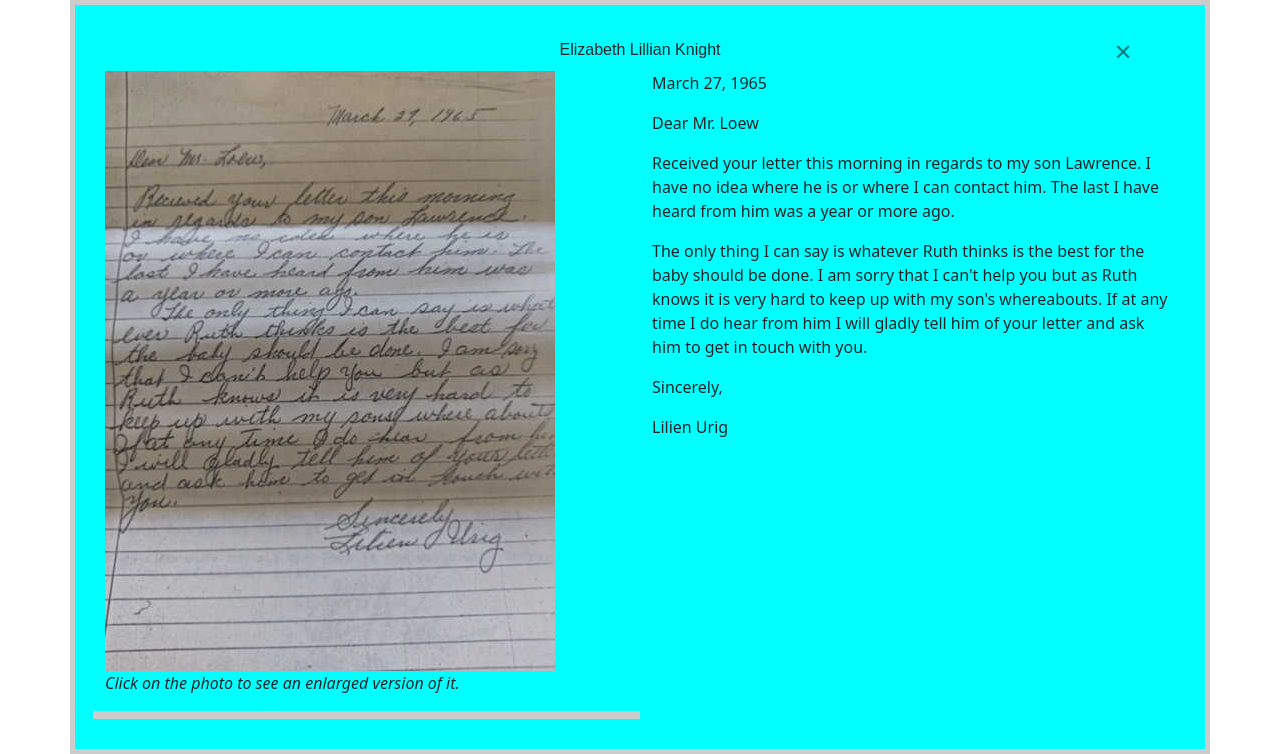
Repository: George2916/GreensladeFamilyTree
Page: photoDocsElizabethLillianKnight.html
The author's editor kept a record of every edit. The page is drawn from the files as they stood at one moment, then again after the next edit.
The browser window is 1280 px wide. The pictures show the whole page.

Above is the page before.

### photoDocsElizabethLillianKnight.html
<!doctype html>
<html lang="en">
<head>

    <meta charset="utf-8">
    <meta http-equiv="X-UA-Compatible" content="IE-edge">
    <meta name="viewport" content="width=device-width, initial-scale=1">
    <!--[if lt IE 9]
        <script src="https://oss.maxcdn.com/html5shiv/3.7.2/html5shiv.min.js"></script>
        <script src="https://oss.maxcdn.com/respond/1.4.2/respond.min.js"></script>
    <![endif]-->

    <link rel="stylesheet" type="text/css" href="css/bootstrap.css">
    <link rel="stylesheet" type="text/css" href="css/myStyle.css">

 <title>Elizabeth Lillian Knight - Documents</title>

</head>
<body>

<div class="container background">

     <div class="row">

        <div class="col-1" >
        </div>

        <div class="col-10">
            <h6 id="headingZZZ">Elizabeth Lillian Knight</h6>
        </div>

  		<div class="col-1">
  		    <button onclick="goingBack()" id="btn-ZZZ"><!--&times; &#10006;-->&#x2715;</button>
        </div>

    </div>

    <div class="row">

        <div class="col-12 col-md-6 borderBottom">
            <a data-bs-toggle="modal" href="#groupPhotoModal">
             <img class="img-fluid" src="images/letterFromElizabethLillianKnight.jpg"></a>
             <p><i>Click on the photo to see an enlarged version of it.</i></p>
        </div>

        <div class="col-12 col-md-6">
            <p>March 27, 1965</p>
            <p>Dear Mr. Loew</p>
            <p>Received your letter this morning in regards to my son Lawrence. I have no idea where he is or where I can contact him. The last I have heard from him was a year or more ago.</p>
            <p>The only thing I can say is whatever Ruth thinks is the best for the baby should be done. I am sorry that I can't help you but as Ruth knows it is very hard to keep up with my son's whereabouts. If at any time I do hear from him I will gladly tell him of your letter and ask him to get in touch with you.</p>
            <p>Sincerely,</p>
            <p>Lilien Urig</p>
        </div>

    </div>

<!--modal-->

<div class="modal fade" id="groupPhotoModal" tabindex="-1" aria-labelledby="groupPhotoLabel" aria-hidden="true">
    <div class="modal-dialog modal-xl modal-Photo">
    <div class="modal-content">
    <div class="modal-header">
    <p class="modal-title"></p>
    <button type="button" class="btn-close" data-bs-dismiss="modal" aria-label="Close"></button>
    </div> <!-- /modal-header -->
    <div class="modal-body borderBottomModalPhoto">
    <img class="img-fluid" src="images/letterFromElizabethLillianKnight.jpg">
    </div><!-- /modal-body -->
    </div> <!-- /modal-content -->
    </div> <!-- /modal-dialog -->
</div> <!-- /modal -->

</div> <!--closes container-->

<script src="js/bootstrap.js"></script>
<script src="js/myJavascript.js"></script>

</body>
</html>

### css/myStyle.css
/*STYLING FOR INDEX.HTML*/

.tree {width: 44500px;}

.George1 {
	background: #00FFFF;
	border: 1px solid #ccc;
	border-radius: 5px;
	-webkit-border-radius: 5px;
	-moz-border-radius: 5px;
	-o-border-radius: 5px;
	color: #666;
	display: inline-block;
	font-family: arial, verdana, tahoma;
	font-size: 11px;
	height: 50px;
	margin-right: -4px;
	text-decoration: none;
	vertical-align: text-bottom;
	width: 180px;
}

.George1 p {text-align: center;}

.George2 {
	background: white;
	display: inline-block;
	font-family: arial, verdana, tahoma;
	font-size: 11px;
	height: 50px;
	margin-right: -4px;
	text-align: center;
	vertical-align: text-bottom;
	width: 180px;
}

.George2 svg {overflow: visible;}

.George3::after {
	content: '';
    position: relative;
    top: 50%;
    border-top: 3px dashed lightblue;
    display: block;
}

.George4 {
	background: white;
	border: 1px solid white;
	color: blue;
	display: inline-block;
	font-family: arial, verdana, tahoma;
	font-size: 13px;
	height: 50px;
	margin-right: -4px;
	padding: 15px;
	text-align: center;
	vertical-align: text-bottom;
	width: 180px;
}

.George5 {position: relative;}

.sticky {
	position: sticky;
	left:0;
	z-index:10;
}

.divorceSign {
	font-size: 225%;
	letter-spacing: -5.5px;
	line-height: 110%;
}

.marriageSign {
	font-size: 225%;
	letter-spacing: -6px;
	line-height: 110%;
}

.marriageSignELKnight {
	font-size: 225%;
	letter-spacing: -6px;
	line-height: 50%;
	padding-bottom: 20px;
}

/*the next 5 divs create the lines to the left and right of GAG, born 1864 and GG, born about 1833*/

.lineGAG1 {
  width: 60px;
  background: #ccc;
  height: 2px;
  display: inline-block;
  margin-bottom: 2.5px;
}

.pointGAG1 {
  width: 0;
  height: 0;
  border-top: 5px solid transparent;
  border-bottom: 5px solid transparent;
  border-left: 10px solid #ccc;
  display: inline-block;
  margin-bottom: -1px;
  margin-right: -4px;
  transform: rotate(180deg);
  -moz-transform: rotate(180deg);
  -o-transform: rotate(180deg);
  -webkit-transform: rotate(180deg);
}

.marriageGAG{
	display: inline-block;
	margin-top: 22px;
}

.lineGAG2 {
  width: 60px;
  background: #ccc;
  height: 2px;
  display: inline-block;
  margin-bottom: 2.5px;
  margin-right: -4px;
}

.pointGAG2 {
  width: 0;
  height: 0;
  border-top: 5px solid transparent;
  border-bottom: 5px solid transparent;
  border-left: 10px solid #ccc;
  display: inline-block;
  margin-bottom: -1px;
}

.upperRight a {
	position: absolute;
	bottom: 102.5%;
	color: #666;
	text-decoration: none;
}

.upperRightArrow {font-size: 125%;}

.docLink {
	color: black;
	text-decoration: none;
}

.docLink:hover {
	color: black;
	font-weight: 500;
	text-decoration: none;
}

.progenyLink {
	color: #666;
	text-decoration: none;
}

/*moreInfoZero used for people with neither birth nor death date, moreInfoOne used for people with one or the other, moreInfoTwo used for people with both*/

.moreInfoZero a {
	position: relative;
	bottom: -16px;
	left: 1px;
	color: #666;
	text-decoration: none;
	z-index: 2;
}

.moreInfoOne a {
	position: relative;
	bottom: 0;
	left: 1px;
	color: #666;
	text-decoration: none;
	z-index: 2;
}

.moreInfoTwo a {
	position: relative;
	bottom: 16px;
	left: 1px;
	color: #666;
	text-decoration: none;
	z-index: 2;
}

.moreInfoZero a:hover, .moreInfoOne a:hover, .moreInfoTwo a:hover, .progenyLink:hover, .upperRight a:hover, .upperRightKo a:hover, .upperRightWestacott a:hover {
	color: black;
	text-decoration: none;
}

.moreInfoArrow {
	font-size: 125%;
}

/* make text of "More Info" and "Pictures(1)" under George Aflred Greenslade, born 1864 smaller when viewed on smaller devices */

@media only screen and (max-width: 435px) {
  #smallFont {font-size: 95%}
}

/*STYLING FOR KO FAMILY TREE*/

.Ktree {width: 1300px;}

.ko1 {
	background: #FF7034;
	border-radius: 5px;
	-webkit-border-radius: 5px;
	-moz-border-radius: 5px;
	-o-border-radius: 5px;
	font-family: 'Itim', arial, verdana;
	font-size: 18px;
	height: 50px;
	margin: 5px 0px 5px 6px;
	padding-top: 10px;
	text-align: center;
	width: 906px;
}

.ko2 {width: 180px;}

.upperRightKo a {
	position: absolute;
	bottom: 77.7%;
	color: #666;
	text-decoration: none;
}

.indentKo {
	padding: 150px;
}

/*STYLING FOR DUFFY, LEO GARCIA, SCHNEIDER AND SIDOROFF FAMILY TREES*/

.duffyTree {width: 3900px;}

.LGtree {width: 1350px;}

.SchnTree {width: 945px;}

.stevensTree {width: 2400px;}

/*.duffy1A - 1C are used to create the colors of the Irish flag on Duffy family tree*/

.duffy1A {
	background: #169B62;
	border-radius: 5px 0px 0px 5px;
	-webkit-border-radius: 5px 0px 0px 5px;
	-moz-border-radius: 5px 0px 0px 5px;
	-o-border-radius: 5px 0px 0px 5px;
	display: inline-block;
	height: 71px;
	margin: 25px -185px -25px 850px;
	width: 600px;
	vertical-align: text-bottom;
}

.duffy1B {
	background: #f0ead6;
	display: inline-block;
	font-family: 'Itim', arial, verdana;
	font-size: 18px;
	height: 50px;
	margin: 5px -2px 5px -2px;
	padding-top: 10px;
	text-align: center;
	/* width: 300px; */
	width: 600px;
	vertical-align: text-bottom;
}

.duffy1C {
	background: #FF883E;
	border-radius: 0px 5px 5px 0px;
	-webkit-border-radius: 0px 5px 5px 0px;
	-moz-border-radius: 0px 5px 5px 0px;
	-o-border-radius: 0px 5px 5px 0px;
	display: inline-block;
	height: 71px;
	margin: 5px 0px -25px -5px;
	width: 600px;
	vertical-align: text-bottom;
}

/*.leoGarcia1A - 1C are used to create the colors of the Peruvian flag on the Leo Garcia family tree*/

.leoGarcia1A {
	background: #D91023;
	border-radius: 5px 0px 0px 5px;
	-webkit-border-radius: 5px 0px 0px 5px;
	-moz-border-radius: 5px 0px 0px 5px;
	-o-border-radius: 5px 0px 0px 5px;
	display: inline-block;
	height: 50px;
	margin: 5px -3px 5px 0px;
	width: 420px;
	vertical-align: text-bottom;
}

.leoGarcia1B {
	background: #f0ead6;
	display: inline-block;
	font-family: 'Itim', arial, verdana;
	font-size: 18px;
	height: 50px;
	margin: 5px -1px 5px -1px;
	padding-top: 10px;
	text-align: center;
	width: 420px;
	vertical-align: text-bottom;
}

.leoGarcia1C {
	background: #D91023;
	border-radius: 0px 5px 5px 0px;
	-webkit-border-radius: 0px 5px 5px 0px;
	-moz-border-radius: 0px 5px 5px 0px;
	-o-border-radius: 0px 5px 5px 0px;
	display: inline-block;
	height: 50px;
	margin: 5px 3px 5px -3px;
	width: 420px;
	vertical-align: text-bottom;
}

.sidoroff1 {
	background: #FF7034;
	border-radius: 5px;
	-webkit-border-radius: 5px;
	-moz-border-radius: 5px;
	-o-border-radius: 5px;
	font-family: 'Itim', arial, verdana;
	font-size: 18px;
	height: 50px;
	margin: 5px 0px 5px 0;
	padding-top: 10px;
	text-align: center;
	width: 1084px;
}

.stevens1 {
	background: #FF7034;
	border-radius: 5px;
	-webkit-border-radius: 5px;
	-moz-border-radius: 5px;
	-o-border-radius: 5px;
	font-family: 'Itim', arial, verdana;
	font-size: 18px;
	height: 50px;
	margin: 5px 0px 5px 720px;
	padding-top: 10px;
	text-align: center;
	width: 904px;
}

/* STYLING FOR MORRISON FAMILY TREE*/

.Mtree {width: 9400px;}

.morrison1 {
	background: #FF7034;
	border-radius: 5px;
	-webkit-border-radius: 5px;
	-moz-border-radius: 5px;
	-o-border-radius: 5px;
	font-family: 'Itim', arial, verdana;
	font-size: 18px;
	height: 50px;
	margin: 5px 0px 5px 2345px;
	padding-top: 15px;
	text-align: center;
	width: 1442px;
}

.indentElizabethLillianKnightDocs {padding-left: 250px;}

/*STYLING FOR WESTACOTT FAMILY TREE*/

.westacott1 {
	background: #FF7034;
	border-radius: 5px;
	-webkit-border-radius: 5px;
	-moz-border-radius: 5px;
	-o-border-radius: 5px;
	font-family: 'Itim', arial, verdana;
	font-size: 18px;
	height: 50px;
	margin: 5px 0px 5px 192px;
	padding-top: 10px;
	text-align: center;
	width: 540px;
}

.upperRightWestacott a {
	position: absolute;
	bottom: 61.5%;
	color: #666;
	text-decoration: none;
}

/*STYLING FOR MODALS*/

.modal-Info > div 	{
  	padding: 0px 20px 0px 20px;
	border: 2px solid #ccc;
	border-radius: 10px;
	-webkit-border-radius: 10px;
	-moz-border-radius: 10px;
	-o-border-radius: 10px;
	background: linear-gradient(#00FFFF, #ccfff2);
	background: -moz-linear-gradient(#00FFFF, #ccfff2);
	background: -webkit-linear-gradient(#00FFFF, #ccfff2);
	background: -o-linear-gradient(#00FFFF, #ccfff2);
 }

@media only screen and (max-width: 500px) {
   #shakespeareQuotes, #poem1, #poem2  {
    font-size: 70%;
  }
}

@media only screen and (max-width: 575px) and (min-width: 501px){
   #shakespeareQuotes, #poem1, #poem2  {
    font-size: 80%;
  }
}

.modal-Photo > div {margin: 10% auto;
 	padding: 5px 20px 13px 20px;
	border: 2px solid #ccc;
	border-radius: 10px;
	-webkit-border-radius: 10px;
	-moz-border-radius: 10px;
	-o-border-radius: 10px;
	background: #00FFFF;
}

.borderBottomModalPhoto {
	border-bottom: 2px solid #0080ff;
}

.modal-header {border-bottom: 2px solid #0080ff;}

.close {
	color: #000;
	font-family: arial, verdana, tahoma;
	font-size: 140%;
	opacity: 0.5;
	position: absolute;
	right: 12px;
	top: 25px;
	text-decoration: none;
	width: 36px;
}

/*modals with tabs*/

.btn-close:focus {
	box-shadow: none;
}

.tabHeading {
	color: #000000 !important;
	/* important is need for color because iphones default color is light blue*/
	border-radius: 100px;
	-webkit-border-radius: 100px;
	-moz-border-radius: 100px;
	-o-border-radius: 100px;
	outline: none !important;
    border: none !important;
	background: #0080ff;
	height: 40px;
	margin: 4px 0px;
	width: 100px;
}

.tabHeading:hover {
	cursor: grab;
	font-weight: 900;
}

.highlightedTab {background: #0000ff;
	border-radius: 100px;
	-webkit-border-radius: 100px;
	-moz-border-radius: 100px;
	-o-border-radius: 100px;
	font-weight: 700;
}

.highlightedTab:focus {
	outline: none !important;
    border: none !important;
}

/*STYLING FOR PHOTO[NAME].HTML AND PHOTODOCS[NAME].HTML */

@media only screen and (max-width: 576px) {
  .col-12 > p, .col-12 > div > p, .carousel-item > p  {font-size: 85%}
}

.img-responsive {
	max-width: 100%;
	height: auto;
	display: block;
}

.borderBottom {border-bottom: 8px solid #ccc;}

.pic-back {display: none;}

.background {background: #00FFFF;
	border: 5px solid #ccc;
	padding: 30px;
}

.center {text-align: center;}

.hover:hover {
	cursor: grab;
}

.heading {
	font-family: arial, verdana, tahoma;
	text-align: center;
}

/*the next 6 items create the styling for the button at the top of photo[name].html, photoDocs[name].html and carouselGeorgeAlfredGreensladeII.html*/

#headingZZZ {
	font-family: arial, verdana, tahoma;
	padding-top: 5px;
 	text-align: center;
}

#btn-ZZZ {
 	background: #00FFFF;
	border-style: hidden;
	color: #000;
	font-family: arial, verdana, tahoma;
	font-size: 140%;
	opacity: 0.5;
}

#btn-AAA {
	background: #9B533B;
	border-style: hidden;
	color: #000;
	font-family: arial, verdana, tahoma;
	font-size: 140%;
	opacity: 0.5;
}

#btn-ZZZ:hover {
	cursor: grab;
	opacity: 1.0;
}

#btn-AAA:hover {
	background: #00FFFF;
	cursor: grab;
	opacity: 1.0;
}

@media only screen and (max-width: 575px) {
   #headingZZZ {
    font-size: 85%;
  }

  #btn-ZZZ, #btn-AAA:hover {
  	font-size: 100%;}
}

/* STYLING FOR photoRichardGreenslade.html */

.noDisplay {
	visibility: hidden;
}

/*STYLING FOR photoWayneKnight.html*/

@media only screen and (min-device-width: 300px) {
  .wayneKnightPhoto {
    height: 170px;
    width: auto;
  }
}

@media only screen and (min-device-width: 350px) {
  .wayneKnightPhoto {
    height: 200px;
    width: auto;
  }
}

@media only screen and (min-device-width: 440px) {
  .wayneKnightPhoto {
    height: 260px;
    width: auto;
  }
}

@media only screen and (min-device-width: 500px) {
  .wayneKnightPhoto {
    height: 290px;
    width: auto;
  }
}

@media only screen and (min-device-width: 576px) {
  .wayneKnightPhoto {
    height: 320px;
    width: auto;
  }
}

@media only screen and (min-device-width: 768px) {
  .wayneKnightPhoto {
    height: 190px;
    width: auto;
  }
}

@media only screen and (min-device-width: 992px) {
  .wayneKnightPhoto {
    height: 250px;
    width: auto;
  }
}

@media only screen and (min-device-width: 1200px) {
  .wayneKnightPhoto {
    height: 320px;
    width: auto;
  }
}

@media only screen and (min-device-width: 1400px) {
  .wayneKnightPhoto {
    height: 350px;
    width: auto;
  }
}

/*STYLING FOR carouselGeorgeGreensladeII.html and photoDocs[name].html for BelleHinks, CarolinaVirginiaGreenslade and GeorgeGreensladeBorn1864*/

@media only screen and (min-width: 992px) {
	.BHcarousel-indicators {
		padding-bottom: 40px;
}
}

@media only screen and (min-width: 350px) {
	.GAGIcarousel-indicators {
		padding-bottom: 90px;
}
}

@media only screen and (min-width: 400px) {
	.GAGIcarousel-indicators {
		padding-bottom: 70px;
}
}

@media only screen and (min-width: 450px) {
	.GAGIcarousel-indicators {
		padding-bottom: 50px;
}
}

@media only screen and (min-width: 500px) {
	.GAGIcarousel-indicators {
		padding-bottom: 40px;
}
}

.carouselContainerGG {
	background: #9B533B;
	border: 4px solid #ccc;
	border-radius: 10px;
	-webkit-border-radius: 10px;
	-moz-border-radius: 10px;
	-o-border-radius: 10px;
}

@media only screen and (max-width: 767px) {
	.carouselGG {
		height: 400px;
		width: 100%;
		object-fit: contain;
}
}

@media only screen and (min-width: 768px) {
	.carouselGG {
		height: 500px;
		width: 100%;
		object-fit: contain;
}
}

@media only screen and (min-width: 992px) {
	.carouselGG {
		height: 700px;
		width: 100%;
		object-fit: contain;
}
}

.d-none {color: #FF7034;}

.carousel-indicators {filter: invert(100%);}

.carousel-control-prev-icon, .carousel-control-next-icon {filter: invert(100%); background-color:red;} /*background-color:red somehow changes the color of the left and righ arrows to something close to #00FFFF*/


.carousel .carousel-indicators button {
   	width: 10px;
  	height: 10px;
  	border-radius: 100%;
  	color: red;
}

/*STYLING FOR NAVBAR*/

.navbar {
	background: #FF7034;
	border-radius: 5px;
	-webkit-border-radius: 5px;
	-moz-border-radius: 5px;
	-o-border-radius: 5px;
	display: inline-block;
	font-family: arial, verdana, tahoma;
	margin: 5px 0px 5px 180px;
	width: 1628px;
}

.navbarDuffy {
	background: #f0ead6;
	border-radius: 5px;
	-webkit-border-radius: 5px;
	-moz-border-radius: 5px;
	-o-border-radius: 5px;
	display: inline-block;
	font-family: arial, verdana, tahoma;
	margin: 5px 0px 25px 180px;
	width: 600px;
}

.navbar-brand {
	font-family: 'Itim', arial, verdana;
}

.nav-item:hover {
	background: #FFB697;
	border-radius: 5px;
	-webkit-border-radius: 5px;
	-moz-border-radius: 5px;
	-o-border-radius: 5px;
}

.dropdown-menu {
	border: 2px solid #ccc;
	border-radius: 10px;
	-webkit-border-radius: 10px;
	-moz-border-radius: 10px;
	-o-border-radius: 10px;
	background: linear-gradient(#00FFFF, #ccfff2);
	background: -moz-linear-gradient(#00FFFF, #ccfff2);
	background: -webkit-linear-gradient(#00FFFF, #ccfff2);
	background: -o-linear-gradient(#00FFFF, #ccfff2);
}

.dropdown-item:hover {
	background: #00FFFF;
	border-radius: 15px;
	-webkit-border-radius: 5px;
	-moz-border-radius: 5px;
	-o-border-radius: 5px;
}

.dropdown-item:active {background-color: #00FFFF;
	color:black;
}
.dropdown-item:visited {background-color: #00FFFF;}

.georgeNB1 {
	display: inline-block;
	height: 50px;
	vertical-align: text-bottom;
	width: 5160px;
}

.indentShakespeare1 {padding-left: 20px;}

.indentShakespeare2 {padding-left: 25px;}

@media only screen and (max-width: 575px) {
   .indentShakespeare1 {
    padding-left: 0;
  }
}


/*STYLING IN SVG IN GREENSLADE FAMILY TREE*/

#thomasAndElizabethGreenslade::after, #georgeAndRhodaGreenslade::after {
	content: 'three \00a0\00a0\00a0 children';
    position: relative;
   	left: 6px;
   	top: -41px;
    color: #666;
    display: block;
}

#georgeAndMatildaGreenslade::after {
	content: 'four \00a0\00a0\00a0 children';
    position: relative;
   	left: 9px;
   	top: -41px;
    color: #666;
    display: block;
}

#maudeAndOtisBurnett::after {
	content: 'five \00a0\00a0\00a0 children';
    position: relative;
   	left: 9px;
   	top: -41px;
    color: #666;
    display: block;
}

#johnAndJaneGreenslade::after {
	content: 'nine \00a0\00a0\00a0 children';
    position: relative;
   	left: 9px;
   	top: -41px;
    color: #666;
    display: block;
}

#georgeAndAliceGreenslade::after {
	content: 'eight \00a0\00a0\00a0 children';
    position: relative;
   	left: 7px;
   	top: -41px;
    color: #666;
    display: block;
}

#georgeAndJaneGreenslade::after, #georgeAndEvaGreenslade::after, #elizabethAndFrederickSteer::after {
	content: 'six \00a0\00a0\00a0 children';
    position: relative;
   	left: 12px;
   	top: -41px;
    color: #666;
    display: block;
}

/*STYLING FOR realtionFinderModal AND poesyModal*/

.relationFinderButton {
	display: inline-block;
	vertical-align: text-bottom;
	line-height: 100%;
}

table {
  border-collapse: collapse;
  width: 100%;
}

th {
  border: 2px solid #ccc;
}

td {
	border: 2px solid #ccc;
	font-size: 90%;}

.tableHeading3 {font-size: 90%;
	font-weight: normal;
}
.firstColumn, .secondColumn {vertical-align: text-top;}

.thirdColumn {text-align: center;}

/*STYLING FOR MODALS FOR JOSEPH EUGENE WALSH, JONATHAN EDWARD GREENSLADE, RICHARD MICHAEL SIDOROFF, ANNIE MAY KNIGHT, ALBERT JAYNES MORRISON, JR.*/
/*STYLING FOR PHOTODOCS OF BESSIE GREENSLADE*/

.zoomA, .zoomB, .zoomC, .zoomC-1, .zoomE {margin: 0;}

@media only screen and (min-width: 768px) {

	.zoomA:hover {
		cursor: grab;
	  	transform: scale(2.0);
	  	transform-origin: left top;

	  	width: 600px;
	  	height: auto;
	  	/* ease | ease-in | ease-out | linear */
	 	transition: transform ease-in-out 0.1s;
	}

	.zoomA-1:hover {
		cursor: grab;
	  	transform: scale(1.0);
	  	transform-origin: left top;

	  	width: 600px;
	  	height: auto;
	  	/* ease | ease-in | ease-out | linear */
	 	transition: transform ease-in-out 0.1s;
	}

	.zoomB:hover {
		cursor: grab;
	  	transform: scale(2.5);
	  	transform-origin: left top;

	  	width: 600px;
	  	height: auto;
	  	/* ease | ease-in | ease-out | linear */
	 	transition: transform ease-in-out 0.1s;
	}

	.zoomC:hover {
		cursor: grab;
	  	transform: scale(3.5);
	  	transform-origin: top;

	  	width: 600px;
	  	height: auto;
	  	/* ease | ease-in | ease-out | linear */
	 	transition: transform ease-in-out 0.1s;
	}

	.zoomD:hover {
		cursor: grab;
	  	transform: scale(2.5);
	  	transform-origin: bottom;

	  	width: 600px;
	  	height: auto;
	  	/* ease | ease-in | ease-out | linear */
	 	transition: transform ease-in-out 0.1s;
	}

	.zoomE:hover {
		cursor: grab;
	  	transform: scale(3.5);
	  	transform-origin: left top;

	  	width: 600px;
	  	height: auto;
	  	/* ease | ease-in | ease-out | linear */
	 	transition: transform ease-in-out 0.1s;
	}

}

@media only screen and (max-width: 767px) {

	.zoomC-2 {display: none;}
}

/*STYLING FOR TOOLTIP ON MEAHAL DUFFY*/

.meahal {
	display: inline-block;
}
.meahal a {
	color: #666;
	text-decoration: none;
}

.meahal a:hover {
	color: black;
	text-decoration: none;
}

/*STYLING FOR GAGii MODAL*/

.modalIndent {
	margin-left: 15px;
}

Loaded but not shown: css/bootstrap.css (library); js/bootstrap.js (library); js/myJavascript.js (252 lines, source omitted)

After the next edit:
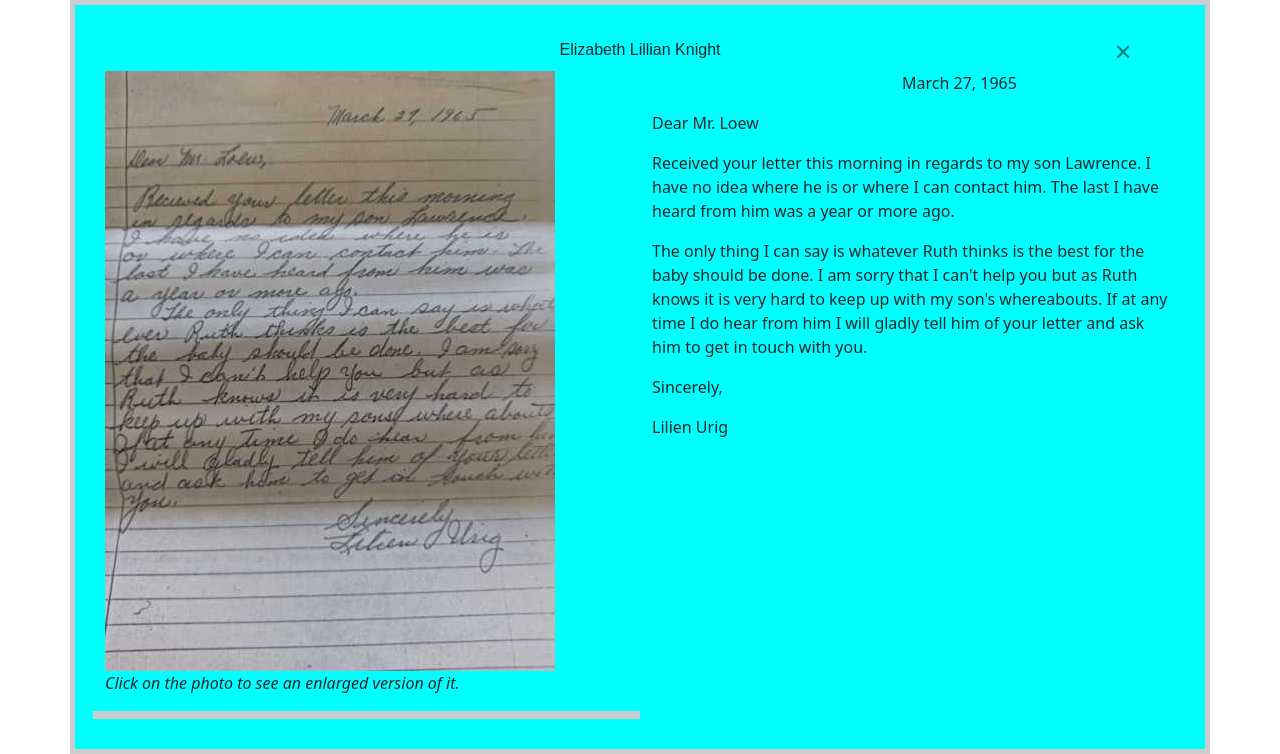
The edit:
--- a/photoDocsElizabethLillianKnight.html
+++ b/photoDocsElizabethLillianKnight.html
@@ -44,7 +44,7 @@
         </div>
 
         <div class="col-12 col-md-6">
-            <p>March 27, 1965</p>
+            <p class="indentElizabethLillianKnightDocs">March 27, 1965</p>
             <p>Dear Mr. Loew</p>
             <p>Received your letter this morning in regards to my son Lawrence. I have no idea where he is or where I can contact him. The last I have heard from him was a year or more ago.</p>
             <p>The only thing I can say is whatever Ruth thinks is the best for the baby should be done. I am sorry that I can't help you but as Ruth knows it is very hard to keep up with my son's whereabouts. If at any time I do hear from him I will gladly tell him of your letter and ask him to get in touch with you.</p>
